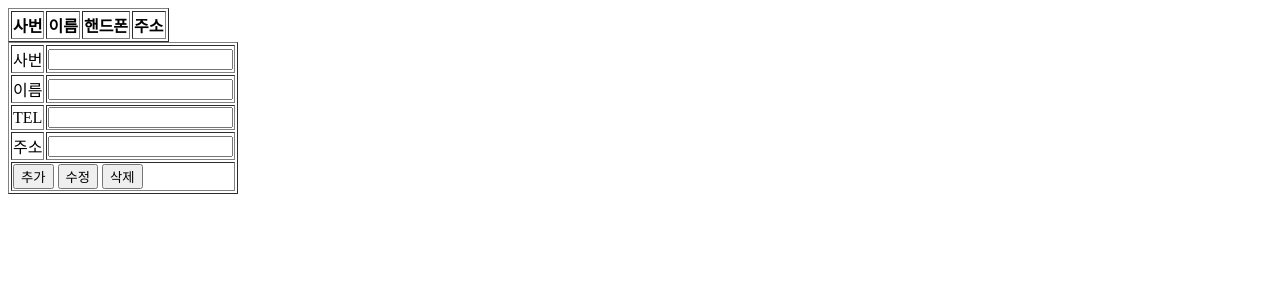
Repository: YOUNARAE/Python
Page: HELLO_PYTHON/day14/templates/teacher.html
These files come from the project's save history. The page is drawn as it stood at one moment and after the next save; the edit follows.
The browser window is 1280 px wide. The pictures show the whole page.
The page's requests for data from a server got no answer.

Above is the page before, as saved 2022-12-09 02:28:00.
Console error (its wording comes from the project's code and is left out).

After the next save:
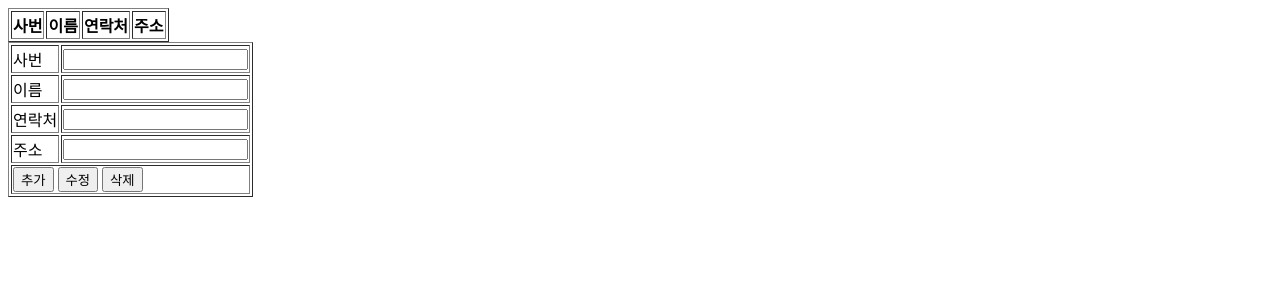
Saved 6 s later.
--- a/HELLO_PYTHON/day14/templates/teacher.html
+++ b/HELLO_PYTHON/day14/templates/teacher.html
@@ -142,7 +142,7 @@
 		<tr>
 			<th>사번</th>
 			<th>이름</th>
-			<th>핸드폰</th>
+			<th>연락처</th>
 			<th>주소</th>
 		</tr>
 	</thead>
@@ -160,7 +160,7 @@
 		<td><input type="text" id="t_name" /></td>
 	</tr>
 	<tr>
-		<td>TEL</td>
+		<td>연락처</td>
 		<td><input type="text" id="mobile" /></td>
 	</tr>
 	<tr>
